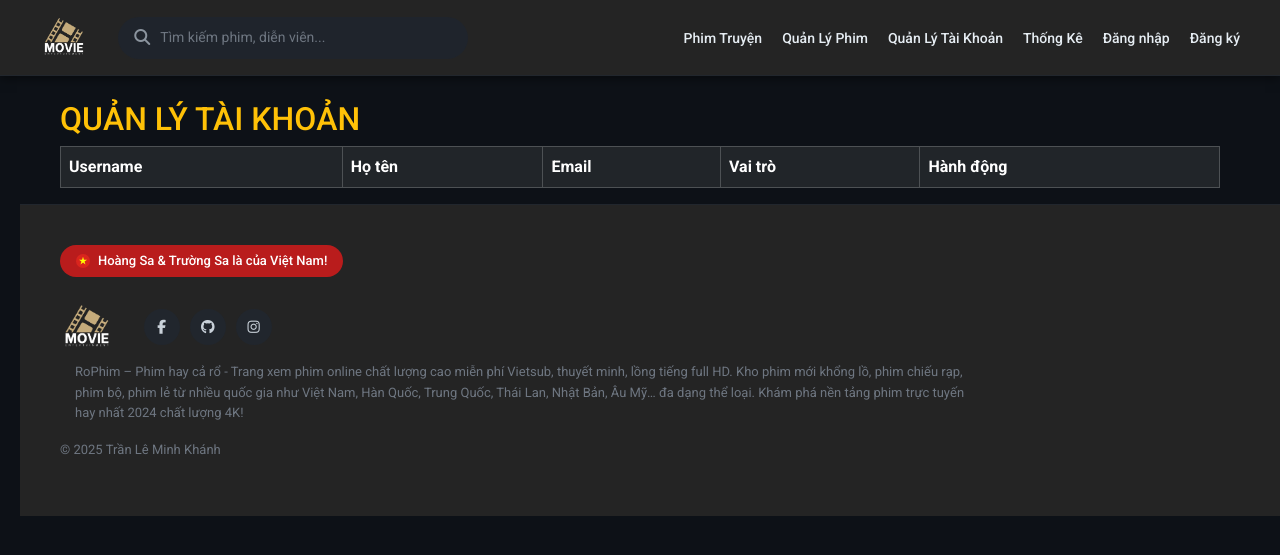
Repository: Razer2811/ActionMovie
Page: http://localhost/XemPhim/Account.jsp
The author's editor kept a copy of each file at every save. The page is drawn from the files as they stood at one save, then again after the next save.
The browser window is 1280 px wide. The pictures show the whole page.
The page is served by Tomcat 9.

Above is the page before, as saved 2026-01-07 00:57:16.

After the next save:
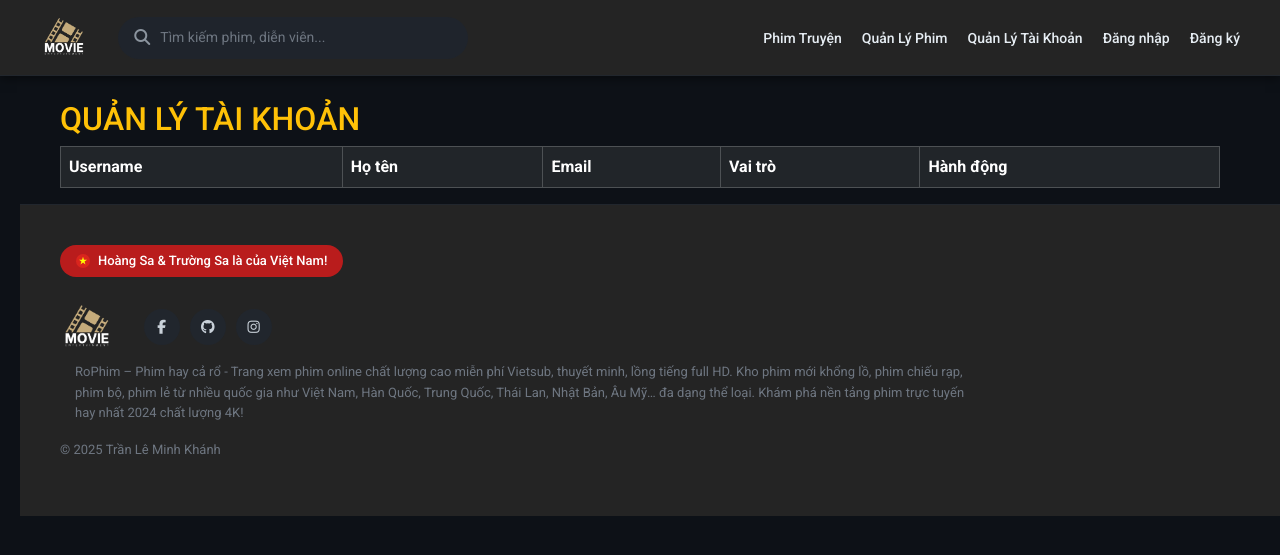
Saved 2 min 4 s later.
--- a/XemPhim/src/main/webapp/HeaderAdmin.jsp
+++ b/XemPhim/src/main/webapp/HeaderAdmin.jsp
@@ -25,8 +25,7 @@
 				<ul>
 					<li><a href="HomeAdmin">Phim Truyện</a></li>
 					<li><a href="QuanLyPhim">Quản Lý Phim</a></li>
-					<li><a href="QuanLyTaiKhoan">Quản Lý Tài Khoản</a></li>
-					<li><a href="ThongKe">Thống Kê</a></li>
+					<li><a href="QuanLyAccount">Quản Lý Tài Khoản</a></li>
 					<%
 
 					Users user = (Users) session.getAttribute("user");
